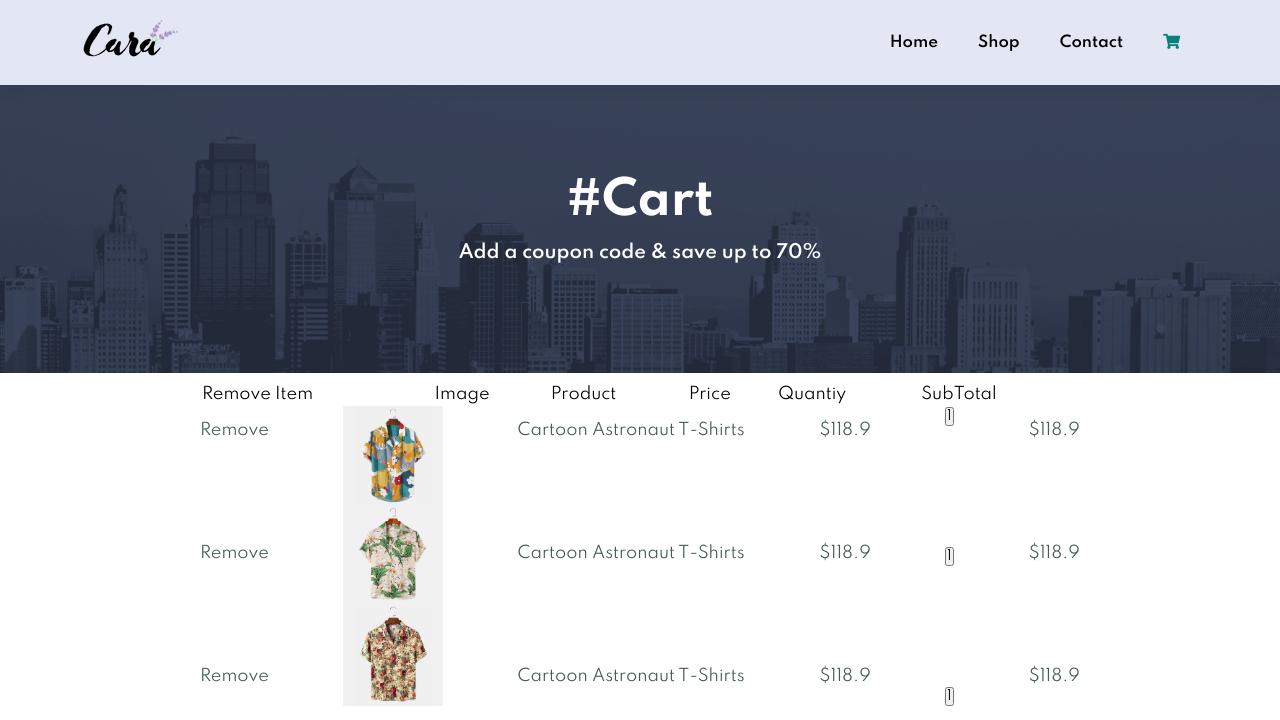
Repository: Daryllgio/E-Commerce-Website-UI
Page: cart.html
The author's editor kept a copy of each file at every save. The page is drawn from the files as they stood at one save, then again after the next save.
The browser window is 1280 px wide. The pictures show the whole page.
Some icons come from a web library that is not loaded, so they are not drawn. Some web libraries are served in a nearby version.

Above is the page before, as saved 2025-01-02 01:59:57.

### cart.html
<!DOCTYPE html>
<html lang="en">

<head>
    <meta charset="UTF-8">
    <meta http-equiv="X-UA-Compatible" content="IE=edge">
    <meta name="viewport" content="width=device-width, initial-scale=1.0">
    <title>Document</title>

    <link rel="stylesheet" href="https://pro.fontawesome.com/releases/v5.10.0/css/all.css" />

    <link rel="stylesheet" href="style.css">
</head>

<body>
    <section id="header">
        <a href="#"><img src="img/logo.png" id="logo" class="logo" alt=""></a>

        <div>
            <ul id="navbar">
                <li>
                    <a href="index.html">Home</a>
                </li>
                <li>
                    <a href="shop.html">Shop</a>
                </li>
                <li>
                    <a href="contact.html">Contact</a>
                </li>
                <li>
                    <a class="active" href="cart.html"><i class="fa fa-shopping-cart" aria-hidden="true"></i></a>
                </li>

            </ul>
        </div>
    </section>

    <section id="CartPageheader" class="section-p1">
        <h2>#Cart</h2>
        <p>Add a coupon code & save up to 70%</p>
    </section>

    <section id="Cart-Summary-Container">
        <table width="100%">
            <thead>
                <tr>
                    <td>
                        Remove Item
                    </td>
                    <td>
                        Image
                    </td>
                    <td>
                        Product
                    </td>
                    <td>
                        Price
                    </td>
                    <td>
                        Quantiy
                    </td>
                    <td>
                        SubTotal
                    </td>
                </tr>

            </thead>

        </table>
        <div class="Card-Content-Container">
            <div class="Cart-Content">
                <p>
                    Remove
                </p>
                <p>
                    Remove
                </p>
                <p>
                    Remove
                </p>
            </div>

            <div class="Cart-Content">
                <img src="img/products/f1.jpg" class="option" alt="">
                <img src="img/products/f2.jpg" class="option" alt="">
                <img src="img/products/f3.jpg" class="option" alt="">
            </div>

            <div class="Cart-Content">
                <p>
                    Cartoon Astronaut T-Shirts
                </p>
                <p>
                    Cartoon Astronaut T-Shirts
                </p>
                <p>
                    Cartoon Astronaut T-Shirts
                </p>
            </div>
            <div class="Cart-Content">
                <p>
                    $118.9
                </p>
                <p>
                    $118.9
                </p>
                <p>
                    $118.9
                </p>
            </div>

            <div class="Cart-Content">
                <div class="Product-Num-Container">
                    <div class="dropdown">
                        <button class="Size-btn" onclick="toggleDropdown('myDropdown2')">1</button>
                        <div class="dropdown-content" id="myDropdown2">
                            <a href="#" onclick="updateButtonText('myDropdown2', this)">1</a>
                            <a href="#" onclick="updateButtonText('myDropdown2', this)">2</a>
                            <a href="#" onclick="updateButtonText('myDropdown2', this)">3</a>
                            <a href="#" onclick="updateButtonText('myDropdown2', this)">4</a>
                            <a href="#" onclick="updateButtonText('myDropdown2', this)">5</a>
                            <a href="#" onclick="updateButtonText('myDropdown2', this)">6</a>
                            <a href="#" onclick="updateButtonText('myDropdown2', this)">7</a>
                            <a href="#" onclick="updateButtonText('myDropdown2', this)">8</a>
                            <a href="#" onclick="updateButtonText('myDropdown2', this)">9</a>
                            <a href="#" onclick="updateButtonText('myDropdown2', this)"></a>
                        </div>
                    </div>
                </div>
                <div class="Product-Num-Container">
                    <div class="dropdown">
                        <button class="Size-btn" onclick="toggleDropdown('myDropdown2')">1</button>
                        <div class="dropdown-content" id="myDropdown2">
                            <a href="#" onclick="updateButtonText('myDropdown2', this)">1</a>
                            <a href="#" onclick="updateButtonText('myDropdown2', this)">2</a>
                            <a href="#" onclick="updateButtonText('myDropdown2', this)">3</a>
                            <a href="#" onclick="updateButtonText('myDropdown2', this)">4</a>
                            <a href="#" onclick="updateButtonText('myDropdown2', this)">5</a>
                            <a href="#" onclick="updateButtonText('myDropdown2', this)">6</a>
                            <a href="#" onclick="updateButtonText('myDropdown2', this)">7</a>
                            <a href="#" onclick="updateButtonText('myDropdown2', this)">8</a>
                            <a href="#" onclick="updateButtonText('myDropdown2', this)">9</a>
                            <a href="#" onclick="updateButtonText('myDropdown2', this)"></a>
                        </div>
                    </div>
                </div>
                <div class="Product-Num-Container">
                    <div class="dropdown">
                        <button class="Size-btn" onclick="toggleDropdown('myDropdown2')">1</button>
                        <div class="dropdown-content" id="myDropdown2">
                            <a href="#" onclick="updateButtonText('myDropdown2', this)">1</a>
                            <a href="#" onclick="updateButtonText('myDropdown2', this)">2</a>
                            <a href="#" onclick="updateButtonText('myDropdown2', this)">3</a>
                            <a href="#" onclick="updateButtonText('myDropdown2', this)">4</a>
                            <a href="#" onclick="updateButtonText('myDropdown2', this)">5</a>
                            <a href="#" onclick="updateButtonText('myDropdown2', this)">6</a>
                            <a href="#" onclick="updateButtonText('myDropdown2', this)">7</a>
                            <a href="#" onclick="updateButtonText('myDropdown2', this)">8</a>
                            <a href="#" onclick="updateButtonText('myDropdown2', this)">9</a>
                            <a href="#" onclick="updateButtonText('myDropdown2', this)"></a>
                        </div>
                    </div>
                </div>
            </div>
            <div class="Cart-Content">
                <p>
                    $118.9
                </p>
                <p>
                    $118.9
                </p>
                <p>
                    $118.9
                </p>
            </div>
        </div>

    </section>


    <script src="script.js"></script>

</body>

</html>

### style.css
@import url("https://fonts.googleapis.com/css2?family=Spartan:wght@100;200;300;400;500;600;700;800;900&display=swap");

* {
  margin: 0;
  padding: 0;
  box-sizing: border-box;
  font-family: "Spartan", sans-serif;
}

html {
  scroll-behavior: smooth;
}

/* Global Styles */

h1 {
  font-size: 50px;
  line-height: 64px;
  color: #222;
}

h2 {
  font-size: 46px;
  line-height: 54px;
  color: #222;
}

h4 {
  font-size: 20px;
  color: #222;
}

h6 {
  font-weight: 700;
  font-size: 12px;
}

p {
  font-size: 16px;
  color: #465b52;
  margin: 15px 0 20px 0;
}

.section-p1 {
  padding: 40px 80px;
}

.section-m1 {
  margin: 40px 0;
}

button.normal {
  font-size: 14px;
  font-weight: 400;
  padding: 15px 20px;
  border-radius: 5px;
  cursor: pointer;
  border: none;
  outline: none;
  transition: 0.3s;
}

body {
  width: 100%;
}

#header {
  display: flex;
  align-items: center;
  justify-content: space-between;
  padding: 20px 80px;
  background: #E3E6F3;
  box-shadow: 0 5px 15px rgba(0, 0, 0, 0.06);
  position: sticky;
  top: 0;
  left: 0;

}



#navbar {
  display: flex;
  align-items: center;
  justify-content: center;
}

#navbar li {
  list-style: none;
  padding: 0px 20px;
}

#navbar li a {
  text-decoration: none;
  font-size: 15px;
  font-weight: 600;
  color: #000;
  transition: 0.3s ease;
}

#navbar li a:hover,
#navbar li a.active {
  color: #088178;
}

#HomeHeaderContent {
  background-image: url("img/hero4.png");
  height: 90vh;
  width: 100%;
  background-size: cover;
  background-position: top 25% right 0;
  padding: 0 80px;
  align-items: flex-start;
  display: flex;
  flex-direction: column;
  justify-content: center;
}

#HomeHeaderContent h4 {
  margin-bottom: 10px;
}

#HomeHeaderContent h1 {
  color: #088178;
}

#HomeHeaderContent button {
  color: #088178;
  background-image: url("img/button.png");
  font-size: 15px;
  font-weight: 600;
  background-color: transparent;
  border: 0;
  padding: 14px 80px 14px 65px;
  background-repeat: no-repeat;
  cursor: pointer;
}

#Features {
  display: flex;
  justify-content: space-between;
}

#Features .fe-box {
  width: 200px;
  text-align: center;
  padding: 35px 25px;
  border: 1px solid #cce7d0;
  box-shadow: 20px 20px 34px rgba(0, 0, 0, 0.03);
  border-radius: 10px;
}

#Features .fe-box:hover {
  box-shadow: 10px 10px 54px rgba(0, 0, 0, 0.1);
}

#Features .fe-box img {
  margin-bottom: 10px;
}

#Features .fe-box h6 {
  font-size: 13px;
  display: inline-block;
  line-height: 1;
  border-radius: 4px;
  color: #088178;
  background-color: #fddde4;
  padding: 9px 8px 6px 8px;
}

#Features .fe-box:nth-child(2) h6 {
  background-color: #cdebbc;
}

#Features .fe-box:nth-child(3) h6 {
  background-color: #d1e8f2;
}

#Features .fe-box:nth-child(4) h6 {
  background-color: #cdd4f8;
}

#Features .fe-box:nth-child(5) h6 {
  background-color: #f6dbf6;
}

#Features .fe-box:nth-child(6) h6 {
  background-color: #fff2e5;
}

#product1 {
  text-align: center;
}

#product1 .pro {
  width: 23%;
  min-width: 250px;
  padding: 10px 25px;
  border: 1px solid #f0f0f0;
  border-radius: 20px;
  cursor: pointer;
  box-shadow: 20px 20px 30px rgba(0, 0, 0, 0.02);
  transition: 0.3s ease;
}

#product1 .pro:hover {
  box-shadow: 20px 20px 30px rgba(0, 0, 0, 0.06);

}

#product1 .pro img {
  width: 100%;
  border-radius: 20px;
}

#product1 .pro .des {
  text-align: start;
  padding: 10px 0;
}

#product1 .pro .des span {
  color: #606063;
  font-size: 12px;
}

#product1 .pro .des h5 {
  color: #1a1a1a;
  font-size: 14px;
  padding-top: 7px;
}

#product1 .pro .des .fa-star {
  color: rgb(243, 181, 25);
  font-size: 12px;
}

#product1 .pro .des h4 {
  font-size: 16px;
  padding-top: 7px;
  font-weight: 700;
  color: #088178;

}

#product1 .pro .Shop {
  display: flex;
  justify-content: space-between;
}

#product1 .pro .des .fa-shopping-cart {
  width: 40px;
  height: 40px;
  line-height: 40px;
  border-radius: 50px;
  font-size: 17px;
  background-color: #e8f6ea;
  font-weight: 500;
  color: #088178;
  border: 1px solid #cce7d0;
  text-align: center;
}

#product1 .pro-container {
  display: flex;
  justify-content: space-between;
  padding: 20px;
  flex-wrap: wrap;
}


#banner {
  background-image: url("img/banner/b2.jpg");
  height: 40vh;
  width: 100%;
  background-size: cover;
  background-position: top 25% right 0;
  padding: 0 80px;
  text-align: center;
  display: flex;
  flex-direction: column;
  align-items: center;
  justify-content: center;
}

#banner p {
  font-size: 15px;
  margin-bottom: 15px;
  font-weight: 400;
  color: #ffffff;
}

#banner h2 {
  color: #fff;
  margin-bottom: 15px;
}

#banner span {
  color: red;
}

#banner button:hover {
  color: #fff;
  background-color: #088178;
}



#sm-banner {
  display: flex;
  justify-content: space-between;
  flex-wrap: wrap;
  margin-bottom: 10px;
}

#sm-banner .banner-box {
  background-image: url("img/banner/b17.jpg");
  height: 50vh;
  min-width: 620px;
  background-size: cover;
  padding: 0 20px;
  display: flex;
  flex-direction: column;
  align-items: flex-start;
  justify-content: center;

}

#sm-banner .banner-box:nth-child(2) {
  background-image: url("img/banner/b10.jpg");
}

#sm-banner p {
  font-size: 20px;
  color: #fff;
}

#sm-banner h2 {
  color: #fff;
}

#sm-banner span {
  font-size: 17px;
  color: #fff;
  margin-top: 15px;
}

#sm-banner button {
  margin-top: 25px;
  background-color: transparent;
  color: #fff;
  border: 1px solid #fff;
  transition: 0.3s ease;

}

#sm-banner button:hover {
  border: 0;
  background-color: #088178;
}




#sm-banner2 {
  display: flex;
  justify-content: space-between;
}

#sm-banner2 .banner-box {
  background-image: url("img/banner/b7.jpg");
  height: 30vh;
  width: 420px;
  background-size: cover;
  padding: 0 20px;
  display: flex;
  flex-direction: column;
  align-items: flex-start;
  justify-content: center;
  overflow: hidden;

}

#sm-banner2 .banner-box:nth-child(2) {
  background-image: url("img/banner/b4.jpg");
}

#sm-banner2 .banner-box:nth-child(3) {
  background-image: url("img/banner/b18.jpg");
}

#sm-banner2 h3 {
  font-size: 28px;
  color: #fff;
}

#sm-banner2 span {
  font-size: 17px;
  color: #fff;
  font-weight: 600;
  margin-top: 15px;
}

#sm-NewsLetter {
  background-image: url("img/banner/b14.png");
  background-repeat: no-repeat;
  height: 20vh;
  width: 100%;
  background-size: cover;
  background-position: top 25% right 30%;
  background-color: #041e42;
}

#sm-NewsLetter .Newsletters-Container {
  justify-content: space-between;
  padding: 0 10px;
  display: flex;
  flex-direction: row;
  align-items: center;
}

#sm-NewsLetter .Newsletters-Container h3 {
  color: #fff;
  font-size: 24px;
}

#sm-NewsLetter .Newsletters-Container p {
  color: #fff;
}

#sm-NewsLetter .Newsletters-Container span {
  color: rgb(243, 181, 25);
}

#sm-NewsLetter .Newsletters-Input {
  display: flex;
}

#sm-NewsLetter input {
  width: 400px;
  border: 0;
  border-radius: 5px;
  border-top-right-radius: 0;
  border-bottom-right-radius: 0;
  height: 55px;
  padding-left: 30px;
  font-size: 16px;
}

#sm-NewsLetter button {
  width: 150px;
  height: 55px;
  font-size: 16px;
  color: #fff;
  background-color: #088178;
  border: 0;
  border-radius: 5px;
  border-top-left-radius: 0;
  border-bottom-left-radius: 0;
}

#Footer {
  display: flex;
  flex-direction: row;
  justify-content: space-between;
}

#Footer .Footer-box {
  display: flex;
  flex-direction: column;
}

#Footer a {
  margin-bottom: 10px;
  text-decoration: none;
  color: #000;
}



#Footer h3 {
  margin-bottom: 10px;
}

#Footer .Social-Icons {
  display: flex;
  flex-direction: row;
  align-items: center;
}

#Footer i {
  margin-right: 10px;
}

#Footer span {
  font-weight: 600;
}

#Footer p {
  margin-bottom: 10px;
}

#Footer .pay {
  border: 1px solid #088178;
  border-radius: 10px;
}

#copyright p {
  text-align: center;
  font-size: 17px;
  font-weight: 400;
}

#ShopPageheader {
  background-image: url("img/banner/b1.jpg");
  height: 40vh;
  width: 100%;
  background-size: cover;
  background-position: top 25% right 0;
  padding: 0 80px;
  text-align: center;
  display: flex;
  flex-direction: column;
  align-items: center;
  justify-content: center;
}

#ShopPageheader h2 {
  color: #fff;
}

#ShopPageheader p {
  color: #fff;
  font-size: 18px;
  font-weight: 600;
}

#ShopPagePagination {
  display: flex;
  align-items: center;
  justify-content: center;
  margin-bottom: 20px;
}

#ShopPagePagination a {
  padding: 20px 25px;
  align-items: center;
  text-align: center;
  background-color: #088178;
  font-size: 15px;
  font-weight: 600;
  border: 0;
  text-decoration: none;
  border-radius: 10px;
  margin-right: 10px;
  color: #fff;
}

#ShopPagePagination a i {
  font-size: 18px;
}

.dropdown-content {
  display: none;
  position: absolute;
  background-color: #f9f9f9;
  min-width: 160px;
  box-shadow: 0px 8px 16px rgba(0, 0, 0, 0.2);
  z-index: 1;
}

.dropdown-content a {
  color: black;
  padding: 12px 16px;
  text-decoration: none;
  display: block;
}

.dropdown-content a:hover {
  background-color: #f1f1f1;
}

#Product-Detail-Container {
  display: flex;
  padding: 0 80px;
  margin-top: 30px;
}

#Product-Detail-Container .OptionContainer {
  display: flex;
  align-items: center;
  flex-direction: column;
  margin-right: 30px;
}

#Product-Detail-Container .OptionSubContainer {
  display: flex;
  justify-content: flex-start;
}



#MainImg {
  width: 590px;
  height: 60vh;
  margin-bottom: 10px;
}

#Product-Detail-Container .option {
  width: 140px;
  height: 20vh;
  margin-right: 10px;
  cursor: pointer;
}

#Product-Detail-Container .Product-Category {
  margin-bottom: 20px;
}

#Product-Detail-Container .Product-Price {
  margin-bottom: 20px;
}

#Product-Detail-Container .dropdown-btn {
  padding: 12px 25px;
  border: 1px solid;
  border-radius: 5px;
  background-color: transparent;
}

#Product-Detail-Container .Product-Num-Container {
  display: flex;
  align-items: center;
  margin-top: 10px;
  margin-bottom: 50px;
}

#Product-Detail-Container .Size-btn {
  padding: 12px 25px;
  border: 1px solid;
  border-radius: 5px;
  text-align: center;
  margin-right: 10px;
  background-color: #fff;
}

#Product-Detail-Container .AddToCart-btn {
  padding: 16px 25px;
  border: 0;
  border-radius: 7px;
  text-align: center;
  background-color: #088178;
  color: #fff;
  font-size: 15px;
  font-weight: 600;
}


#Product-Detail-Container .Product-Detail-Header {
  color: #000;
  font-size: 22px;
  font-weight: 600;
}

#Product-Detail-Container .Product-Details {
  color: #000;
  line-height: 25px;
}

#ContactPageheader {
  background-image: url("img/about/banner.png");
  height: 40vh;
  width: 100%;
  background-size: cover;
  background-position: top 25% right 0;
  padding: 0 80px;
  text-align: center;
  display: flex;
  flex-direction: column;
  align-items: center;
  justify-content: center;
}

#ContactPageheader h2 {
  color: #fff;
}

#ContactPageheader p {
  color: #fff;
  font-size: 18px;
  font-weight: 600;
}

#ContactDetailContainer {
  display: flex;
  align-items: center;
  gap: 20px;
  padding: 30px 50px;
}

#ContactDetailContainer .ContactDetail {
  display: flex;
  align-items: center;
  gap: 10px;
}

#ContactDetailContainer h2 {
  margin-bottom: 20px;
}

#ContactDetailContainer p {
  color: #000;
  font-size: 17px;
}

#Contact-Input {
  display: flex;
  flex-direction: column;
  gap: 10px;
  padding: 20px 100px;
  align-items: center;
}

#Contact-Input h2 {
  text-align: center;
}

#Contact-Input .Input-Box {
  width: 600px;
  height: 40px;
  padding: 0 20px;
  border-radius: 5px;
  border: 1px solid #e1e1e1;
}

#Contact-Input .Input-Message-Box {
  width: 600px;
  height: 200px;
  border: 1px solid #e1e1e1;
  border-radius: 5px;
  padding-left: 15px;
  padding-top: 15px;
}

#Contact-Input button {
  padding: 16px 25px;
  border: 0;
  border-radius: 7px;
  text-align: center;
  background-color: #088178;
  color: #fff;
  font-size: 15px;
  font-weight: 600;
}

#CartPageheader {
  background-image: url("img/about/banner.png");
  height: 40vh;
  width: 100%;
  background-size: cover;
  background-position: top 25% right 0;
  padding: 0 80px;
  text-align: center;
  display: flex;
  flex-direction: column;
  align-items: center;
  justify-content: center;
}

#CartPageheader h2 {
  color: #fff;
}

#CartPageheader p {
  color: #fff;
  font-size: 18px;
  font-weight: 600;
}

#Cart-Summary-Container {
  display: flex;
  flex-direction: column;
  padding: 10px 200px;
}

#Cart-Summary-Container .Cart-Content-Header {
  display: flex;
  flex-direction: row;
  justify-content: space-between;
}

#Cart-Summary-Container .option {
  width: 100px;
  height: 100px;
}

#Cart-Summary-Container .Cart-Content {
  display: flex;
  flex-direction: column;
  justify-content: space-between;
}

#Cart-Summary-Container .Card-Content-Container {
  display: flex;
  flex-direction: row;
  justify-content: space-between;
}

### script.js
// Script for navigation bar
function toggleDropdown(dropdownId) {
    const dropdown = document.getElementById(dropdownId);
    const isOpen = dropdown.style.display === "block";
    closeAllDropdowns(); // Close any other open dropdowns
    dropdown.style.display = isOpen ? "none" : "block";
}

function closeAllDropdowns() {
    const dropdowns = document.querySelectorAll(".dropdown-content");
    dropdowns.forEach(dropdown => {
        dropdown.style.display = "none";
    });
}

function updateButtonText(dropdownId, selectedItem) {
    const dropdown = document.getElementById(dropdownId);
    const button = dropdown.previousElementSibling; // Select the button associated with the dropdown
    button.textContent = selectedItem.textContent; // Update button text with the selected item's text
    dropdown.style.display = "none"; // Close the dropdown after selection
}

// Close dropdowns when clicking outside
document.addEventListener("click", function (event) {
    if (!event.target.matches(".dropdown-btn") && !event.target.matches(".Size-btn")) {
        closeAllDropdowns();
    }
});

After the next save:
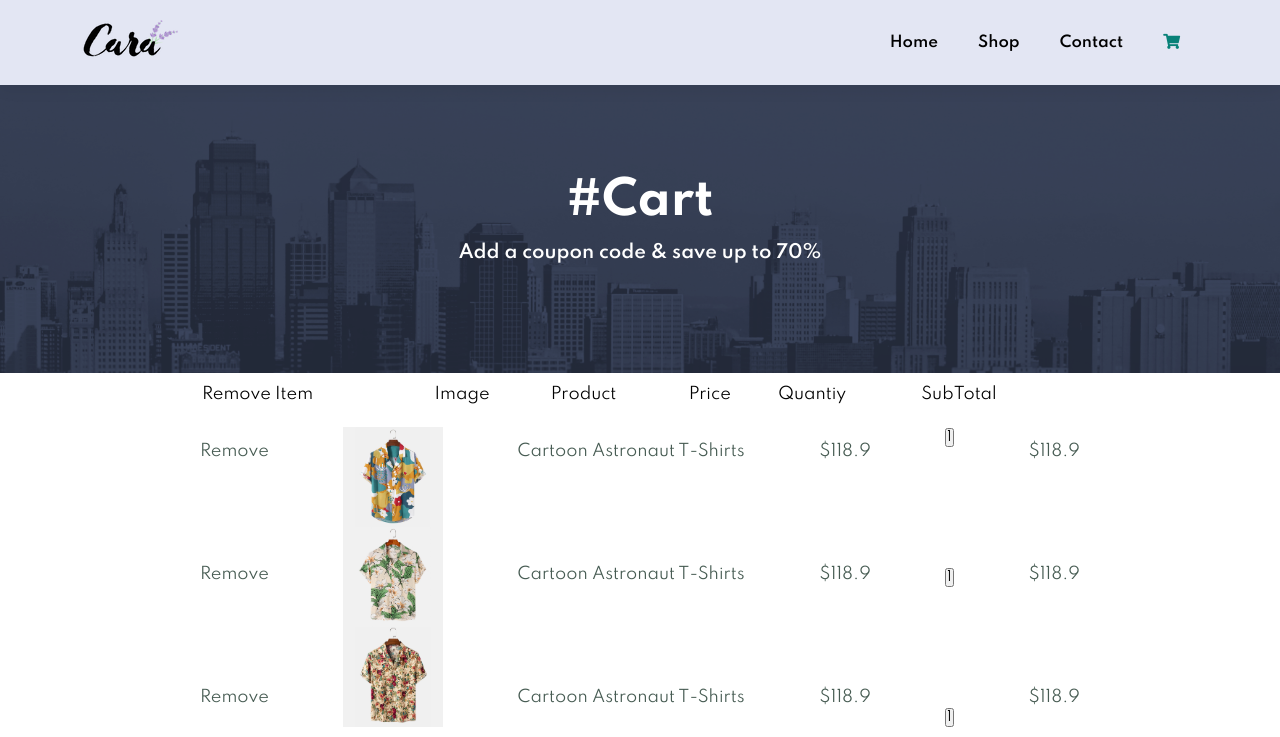
Saved 98 s later.
--- a/cart.html
+++ b/cart.html
@@ -63,8 +63,14 @@
                         SubTotal
                     </td>
                 </tr>
-
             </thead>
+            <tbody>
+                <tr>
+                    <td>
+                        <i class="far fa-times-circles"></i>
+                    </td>
+                </tr>
+            </tbody>
 
         </table>
         <div class="Card-Content-Container">
